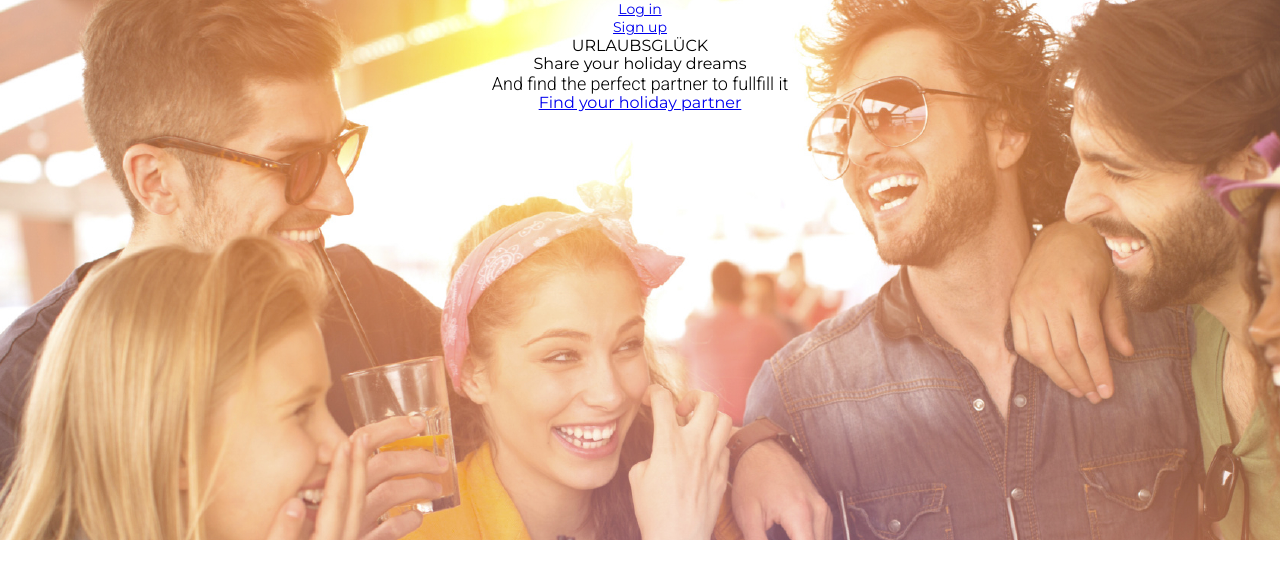
Repository: RobinKite/web_core_hws
Page: html-css/module-08/index.html
These files come from the project's save history. The page is drawn as it stood at one moment and after the next save; the edit follows.
The browser window is 1280 px wide. The pictures show the whole page.

Above is the page before, as saved 2020-04-30 22:14:43.

After the next save:
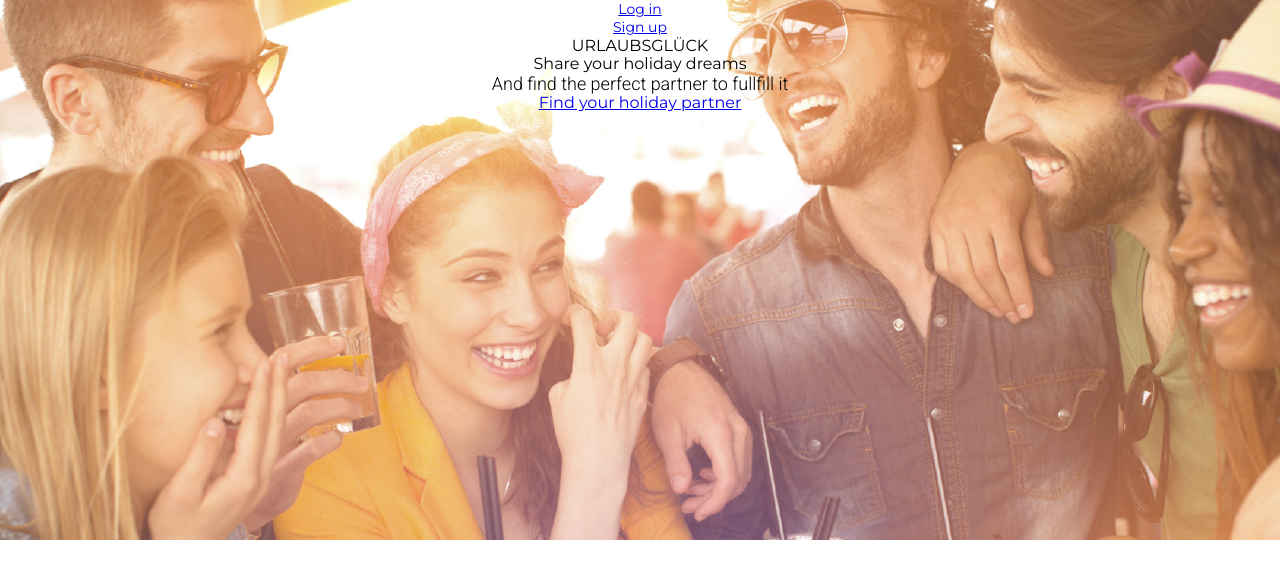
Saved 4 min 29 s later.
--- a/html-css/module-08/css/styles.css
+++ b/html-css/module-08/css/styles.css
@@ -27,7 +27,7 @@
 header {
     height: 540px;
     text-align: center;
-    background: url(../img/wallpaper.png);
+    background: url(../img/wallpaper.png) center;
 }
 
 header li>a {

After the save that followed:
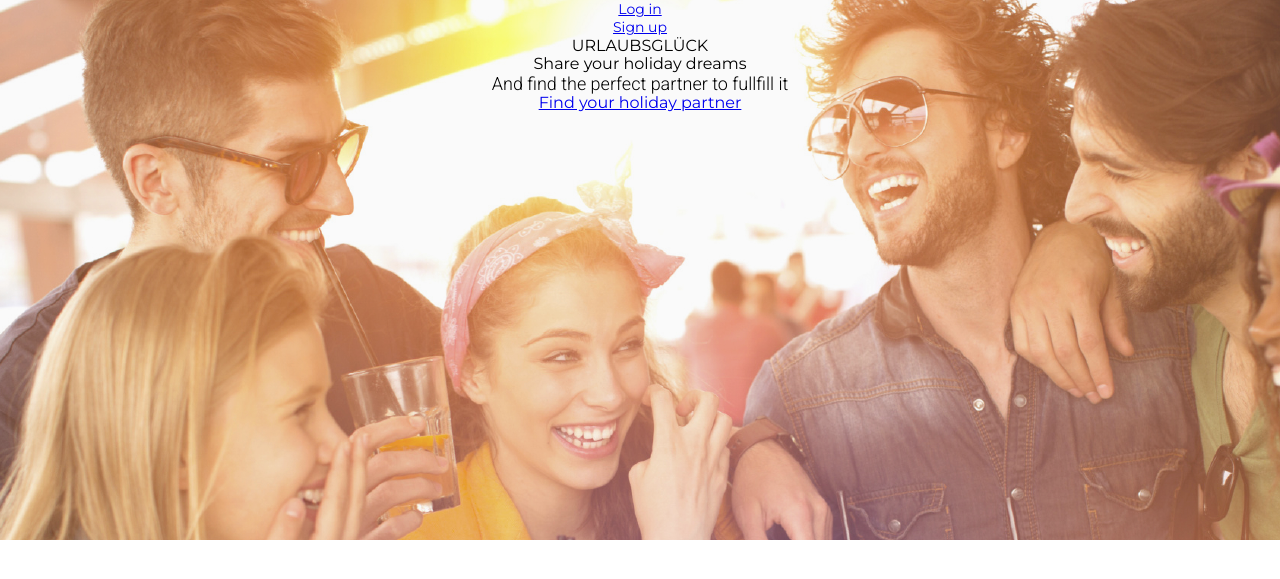
Saved 79 s later.
--- a/html-css/module-08/css/styles.css
+++ b/html-css/module-08/css/styles.css
@@ -27,7 +27,7 @@
 header {
     height: 540px;
     text-align: center;
-    background: url(../img/wallpaper.png) center;
+    background: url(../img/wallpaper.png), rgba(26, 25, 21, 0.1);
 }
 
 header li>a {
